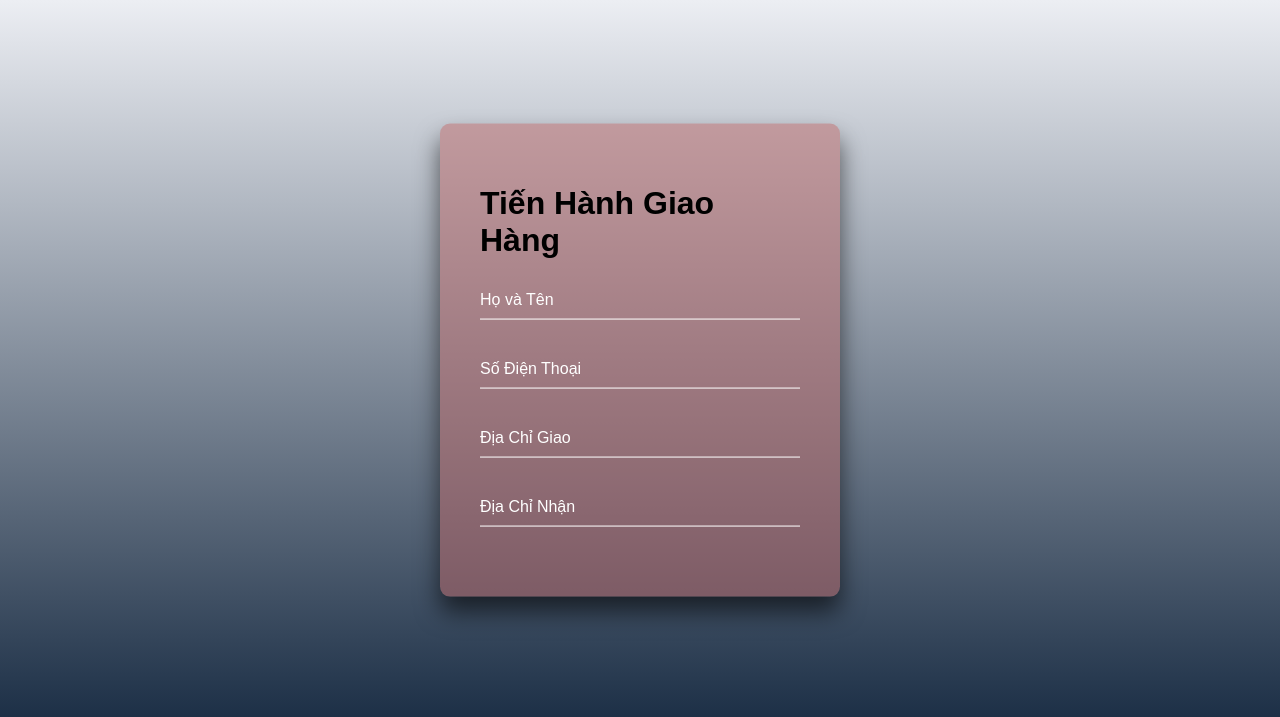
Repository: Pnguyen285/Demo
Page: Giao diện/index.html
The author's editor kept a copy of each file at every save. The page is drawn from the files as they stood at one save, then again after a run of saves.
The browser window is 1280 px wide. The pictures show the whole page.

Above is the page before, as saved 2023-07-27 21:49:13.

After the next 2 saves:
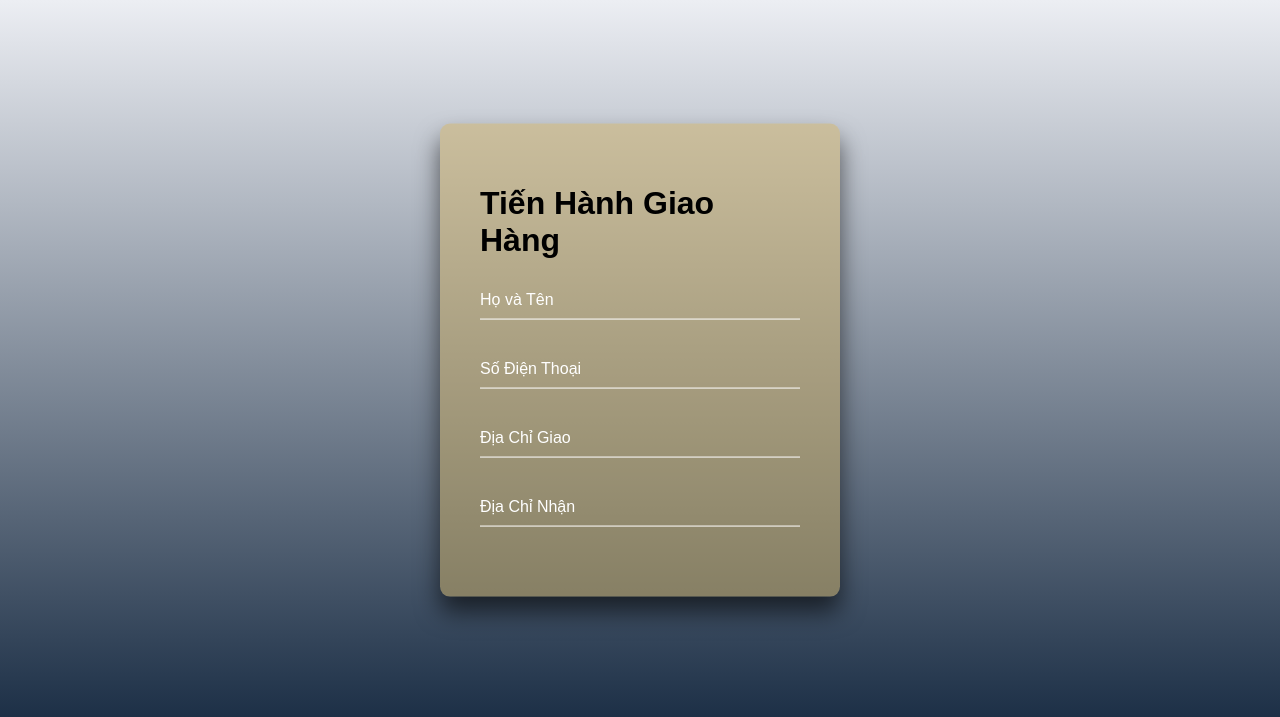
The 2 saves are shown as one change because they came seconds apart.
The last was saved 36 s later.
--- a/Giao diện/style.css
+++ b/Giao diện/style.css
@@ -15,7 +15,7 @@ body {
   width: 400px;
   padding: 40px;
   transform: translate(-50%, -50%);
-  background: rgba(187, 104, 104, 0.5);
+  background: rgba(206, 175, 102, 0.5);
   box-sizing: border-box;
   box-shadow: 0 15px 25px rgba(0,0,0,.6);
   border-radius: 10px;
